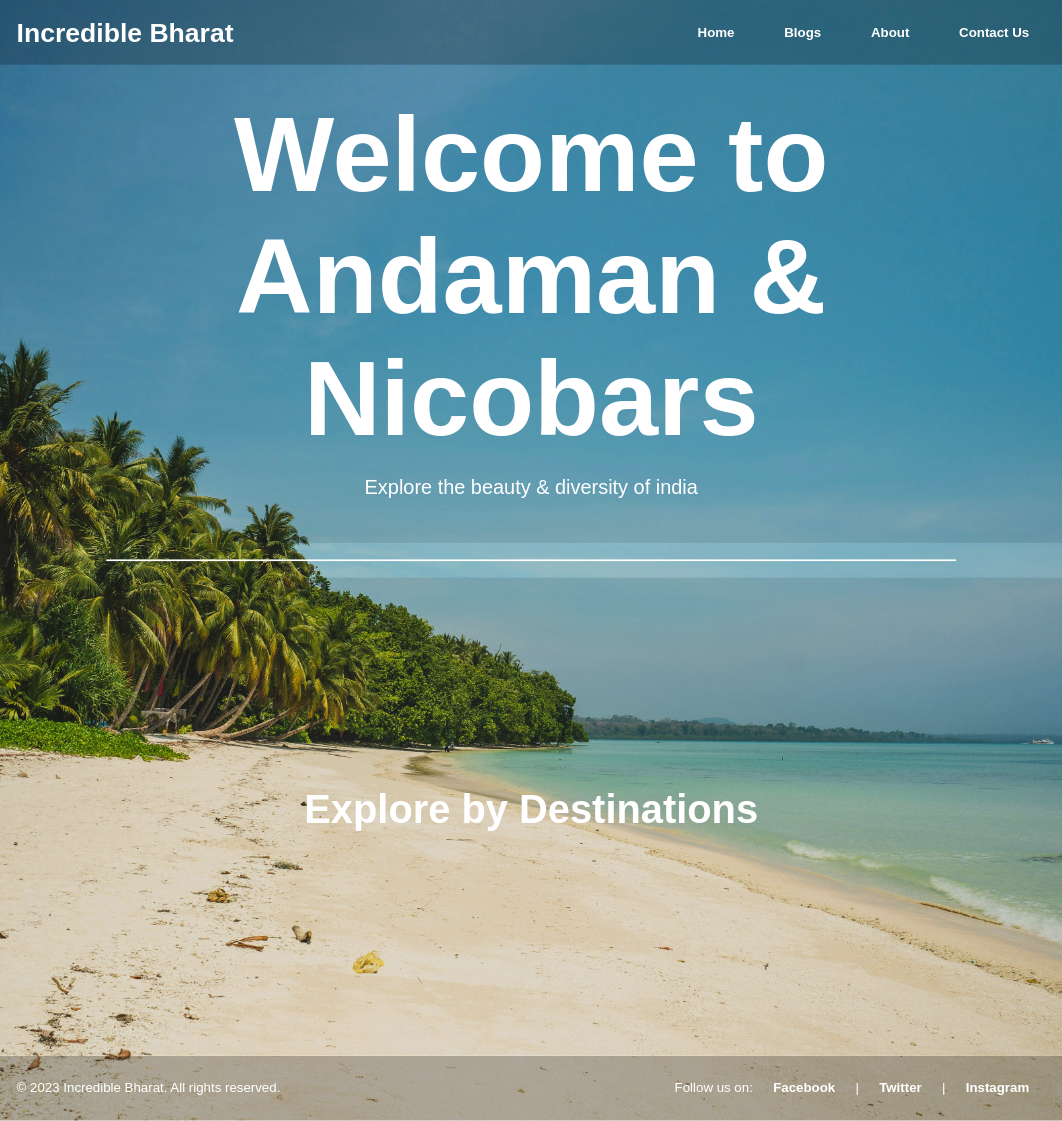
Repository: jaidhiman111/incrediblebharat
Page: destinations/Andaman&Nicobar.html
The author's editor kept a copy of each file at every save. The page is drawn from the files as they stood at one save, then again after the next save.
The browser window is 1280 px wide. The pictures show the whole page, at 83% of full size.

Above is the page before, as saved 2025-04-30 23:10:51.

### destinations/Andaman&Nicobar.html
<!DOCTYPE html>
<html lang="en">

<head>
    <meta charset="UTF-8">
    <link rel="stylesheet" href="/assets/style.css">
    <meta name="viewport" content="width=device-width, initial-scale=1.0">
    <title>Document</title>
</head>

<body class="andaman-nicobar">
    <!-- This is the header of the page. -->
    <header class="header">
        <div class="logo">
            <h1>Incredible Bharat</h1>
        </div>
        <div class="nav">
            <nav>
                <ul>
                    <li>
                        <a href="/index.html">Home</a>
                        <a href="#">Blogs</a>
                        <a href="#">About</a>
                        <a href="#">Contact Us</a>
                    </li>
                </ul>
            </nav>
        </div>
    </header>
    <!-- This is the main content of the page. -->
    <main class="main-container">
        <section class="hero-section">
            <h2>Welcome to Andaman & Nicobars</h2>
            <a href="#">Explore the beauty & diversity of india</a>
        </section>
        <hr>
        <section class="state-section">
            <div>
                <h2>Explore by Destinations</h2>
            </div>

        </section>
    </main>
    <!-- This is the footer of the page. -->
    <footer class="footer">
        <div>
            <p>&copy; 2023 Incredible Bharat. All rights reserved.</p>
        </div>
        <div>
            <p>Follow us on:
                <a href="#">Facebook</a> |
                <a href="#">Twitter</a> |
                <a href="#">Instagram</a>
        </div>
    </footer>
</body>

</html>

### assets/style.css
* {
    box-sizing: border-box;
    margin: 0;
    padding: 0;
}

.home {
    font-family: Arial, sans-serif;
    background-image: url('/media/bg-cover.jpg');
    background-size: cover;
    background-repeat: no-repeat;
    background-position: center;
    color: #fff;
}

.andaman-nicobar {
    font-family: Arial, sans-serif;
    background-image: url('/media/andaman.jpg');
    background-size: cover;
    background-repeat: no-repeat;
    background-position: center;
    color: #fff;
}


/* This is for header */
.header {
    background-color: rgba(0, 0, 0, 0.3);
    display: flex;
    justify-content: space-between;
    align-items: center;
    padding: 20px;
    position: sticky;
    top: 0;
    text-align: center;
}

li {
    list-style: none;
    display: flex;
    gap: 20px;
}

li a {
    /* background-color:aqua ; */
    padding: 10px 20px;
    border-radius: 5px;
    text-decoration: none;
    color: #fff;
    font-weight: bold;
}

li a:hover {
    color: #fff;
    transform: scale(1.1);
    /* background-color: rgba(0, 0, 0, 0.4); */
}

/* This is for section */
section{
    background-color: rgba(0, 0, 0, 0.1);
}

.hero-section {
    display: flex;
    flex-direction: column;    /* stack items vertically */
    justify-content: center;   /* center vertically */
    align-items: center;       /* center horizontally */
    height: 80vh;
    text-align: center;
}

.hero-section h2 {
    font-size: 8rem;
    margin-bottom: 20px;
}

.hero-section a {
    text-decoration: none;
    color: #fff;
    font-size: 1.5rem;
    margin-bottom: 20px;
}

.hero-section a:hover {
    color: #fff;
    text-decoration: underline;
    transform: scale(1.1);
    transition: transform 0.3s ease-in-out;
}

hr {
    width: 80%;
    margin: 20px auto;
    border: 1px solid #fff;
}

.state-section {
    display: flex;
    flex-direction: column;    /* stack items vertically */
    justify-content: center;
    align-items: center;
    height: 80vh;
    text-align: center;
}

.state-section h2 {
    font-size: 3rem;
    margin-bottom: 20px;
}

.state-button {
    padding: 30px;
    max-width: 100rem;
    margin: 0 auto;
  }

  .state-button button {
    background-color: rgba(0, 0, 0, 0.4);  /* Soft blue */
    border: none;
    border-radius: 8px;
    margin: 10px ;
    padding: 12px 20px;
    cursor: pointer;
    transition: background-color 0.3s ease;
    font-size: 16px;
    font-weight: 500;
  }

  .state-button button a {
    color: #ffffff;
    text-decoration: none;
    display: block;
    width: 100%;
    height: 100%;
  }

  .state-button button:hover {
    background-color: rgba(0, 0, 0, 0.7); /* Darker blue on hover */
    transform: scale(1.1); /* Slightly enlarge the button on hover */
    transition: transform 0.3s ease-in-out;
  }

  /* This is for footer */

.footer {
    background-color: rgba(0, 0, 0, 0.3);
    display: flex;
    justify-content: space-between;
    align-items: center;
    padding: 20px;
    position: relative;
    bottom: 0;
    text-align: center;
}

.footer li {
    list-style: none;
    display: flex;
    gap: 20px;
}

.footer a {
    display: inline-block;
    padding: 10px 20px;
    border-radius: 5px;
    text-decoration: none;
    color: #fff;
    font-weight: bold;
}
.footer a:hover {
    color: #fff;
    transform: scale(1.1);

}

After the next save:
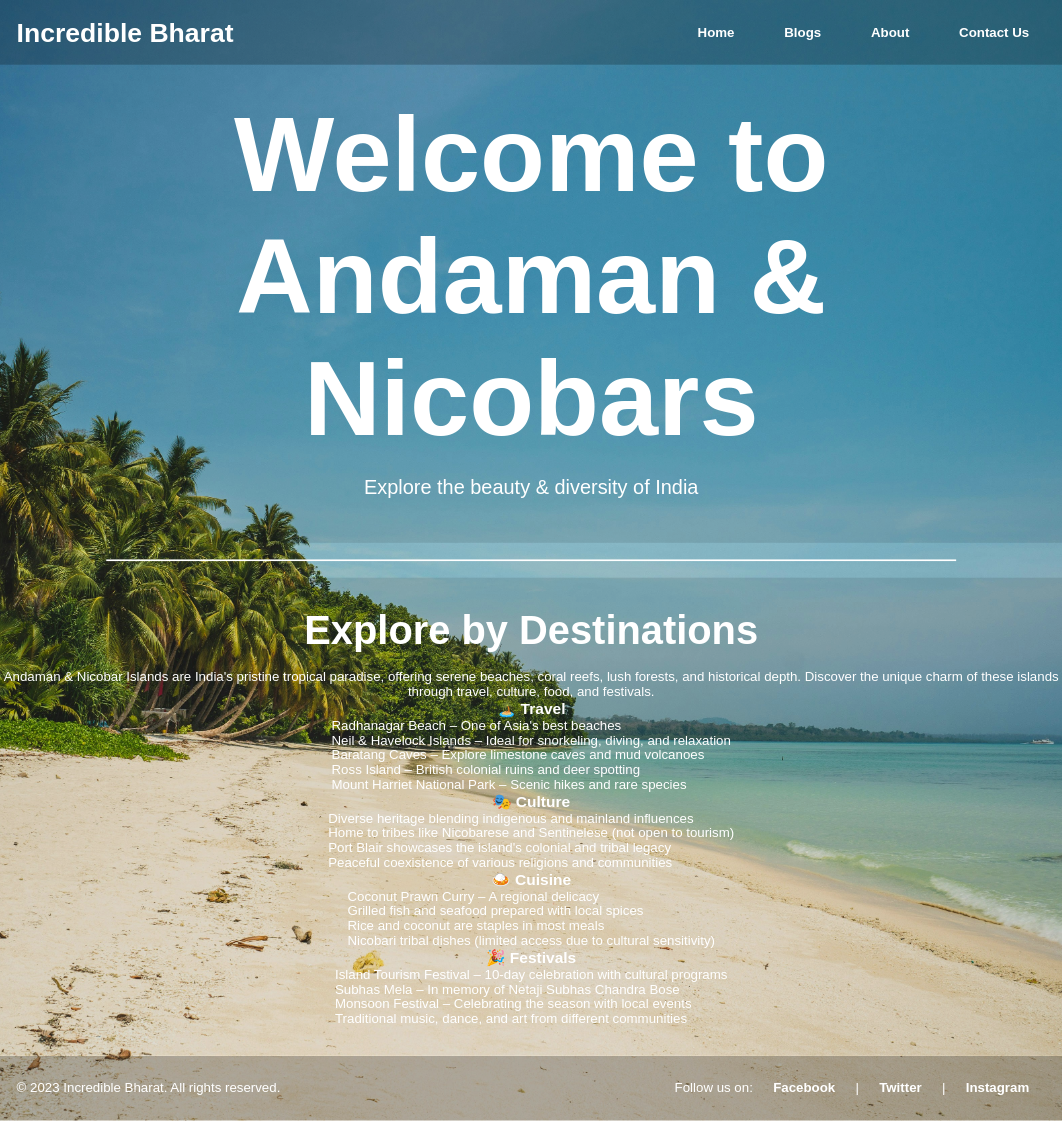
Saved 3 min 30 s later.
--- a/destinations/Andaman&Nicobar.html
+++ b/destinations/Andaman&Nicobar.html
@@ -5,7 +5,7 @@
     <meta charset="UTF-8">
     <link rel="stylesheet" href="/assets/style.css">
     <meta name="viewport" content="width=device-width, initial-scale=1.0">
-    <title>Document</title>
+    <title>Andaman & Nicobar | Incredible Bharat</title>
 </head>
 
 <body class="andaman-nicobar">
@@ -27,20 +27,66 @@
             </nav>
         </div>
     </header>
+
     <!-- This is the main content of the page. -->
     <main class="main-container">
+
         <section class="hero-section">
             <h2>Welcome to Andaman & Nicobars</h2>
-            <a href="#">Explore the beauty & diversity of india</a>
+            <a href="#">Explore the beauty & diversity of India</a>
         </section>
+
         <hr>
+
         <section class="state-section">
             <div>
                 <h2>Explore by Destinations</h2>
+                <p>Andaman & Nicobar Islands are India's pristine tropical paradise, offering serene beaches, coral reefs, lush forests, and historical depth. Discover the unique charm of these islands through travel, culture, food, and festivals.</p>
             </div>
 
+            <div class="category">
+                <h3>🏝️ Travel</h3>
+                <ul>
+                    <li>Radhanagar Beach – One of Asia's best beaches</li>
+                    <li>Neil & Havelock Islands – Ideal for snorkeling, diving, and relaxation</li>
+                    <li>Baratang Caves – Explore limestone caves and mud volcanoes</li>
+                    <li>Ross Island – British colonial ruins and deer spotting</li>
+                    <li>Mount Harriet National Park – Scenic hikes and rare species</li>
+                </ul>
+            </div>
+
+            <div class="category">
+                <h3>🎭 Culture</h3>
+                <ul>
+                    <li>Diverse heritage blending indigenous and mainland influences</li>
+                    <li>Home to tribes like Nicobarese and Sentinelese (not open to tourism)</li>
+                    <li>Port Blair showcases the island's colonial and tribal legacy</li>
+                    <li>Peaceful coexistence of various religions and communities</li>
+                </ul>
+            </div>
+
+            <div class="category">
+                <h3>🍛 Cuisine</h3>
+                <ul>
+                    <li>Coconut Prawn Curry – A regional delicacy</li>
+                    <li>Grilled fish and seafood prepared with local spices</li>
+                    <li>Rice and coconut are staples in most meals</li>
+                    <li>Nicobari tribal dishes (limited access due to cultural sensitivity)</li>
+                </ul>
+            </div>
+
+            <div class="category">
+                <h3>🎉 Festivals</h3>
+                <ul>
+                    <li>Island Tourism Festival – 10-day celebration with cultural programs</li>
+                    <li>Subhas Mela – In memory of Netaji Subhas Chandra Bose</li>
+                    <li>Monsoon Festival – Celebrating the season with local events</li>
+                    <li>Traditional music, dance, and art from different communities</li>
+                </ul>
+            </div>
         </section>
     </main>
+
     <!-- This is the footer of the page. -->
     <footer class="footer">
         <div>
